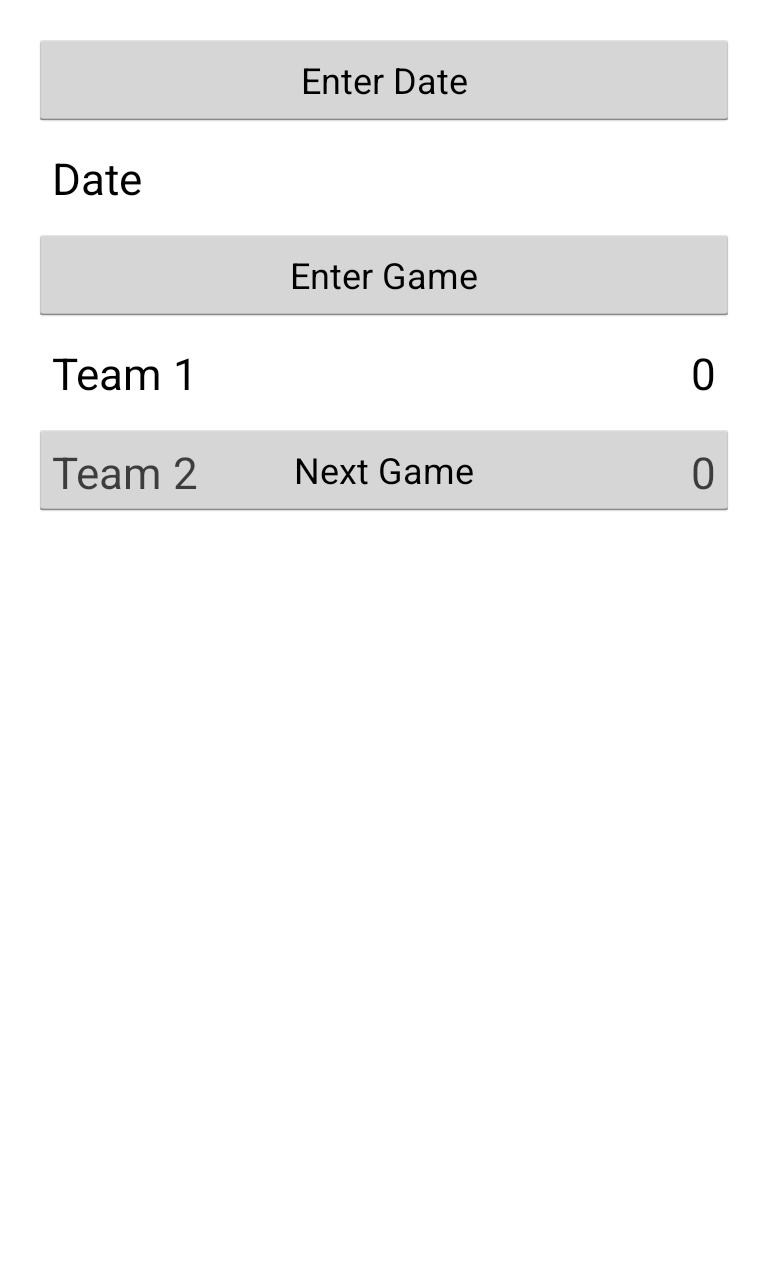
Repository: shervinshaikh/Android
Layout: NBAScoreTracker/res/layout/activity_sport_scores.xml
These files come from the project's save history. The layout is drawn as it stood at one moment and after the next save; the edit follows.
It is drawn on a 768 x 1280 px phone screen (xhdpi) without system bars, with theme AppTheme; the app's code is not run.

Above is the layout before, as saved 2013-04-27 18:51:52.

### NBAScoreTracker/res/layout/activity_sport_scores.xml
<LinearLayout
	xmlns:android="http://schemas.android.com/apk/res/android"
    xmlns:tools="http://schemas.android.com/tools"
    android:layout_width="match_parent"
    android:layout_height="match_parent"
    android:paddingBottom="@dimen/activity_vertical_margin"
    android:paddingLeft="@dimen/activity_horizontal_margin"
    android:paddingRight="@dimen/activity_horizontal_margin"
    android:paddingTop="@dimen/activity_vertical_margin"
    tools:context=".SportScores"
    android:screenOrientation="portrait"
    android:orientation="vertical"
    >

    <Button
        android:id="@+id/enter_date_button"
        android:layout_width="fill_parent"
        android:layout_height="wrap_content"
        android:text="@string/enter_date"
        />

    <TextView
        android:id="@+id/textView1"
        android:layout_width="wrap_content"
        android:layout_height="wrap_content"
        android:text="@string/date"
        android:textAppearance="?android:attr/textAppearanceLarge"
        android:padding="10dip" />

    <Button
        android:id="@+id/enter_game_button"
        android:layout_width="fill_parent"
        android:layout_height="wrap_content"
        android:text="@string/enter_game"
        />

    <RelativeLayout
        android:layout_width="match_parent"
        android:layout_height="wrap_content" >

        <TextView
            android:id="@+id/textView2"
            android:layout_width="wrap_content"
            android:layout_height="wrap_content"
            android:text="@string/team1"
            android:textAppearance="?android:attr/textAppearanceLarge"
            android:layout_alignParentLeft="true"
        	android:layout_alignParentTop="true"
            android:padding="10dip" />

        <TextView
            android:id="@+id/textView4"
            android:layout_width="wrap_content"
            android:layout_height="wrap_content"
            android:gravity="right"
            android:text="@string/zero"
            android:textAppearance="?android:attr/textAppearanceLarge"
            android:layout_alignParentRight="true"
        	android:layout_alignParentTop="true"
        	android:padding="10dip" />

    </RelativeLayout>

    <RelativeLayout
        android:layout_width="match_parent"
        android:layout_height="wrap_content" >

        <TextView
            android:id="@+id/textView3"
            android:layout_width="wrap_content"
            android:layout_height="wrap_content"
            android:text="@string/team2"
            android:textAppearance="?android:attr/textAppearanceLarge"
            android:layout_alignParentLeft="true"
        	android:layout_alignParentTop="true"
            android:padding="10dip" />

        <TextView
            android:id="@+id/textView5"
            android:layout_width="wrap_content"
            android:layout_height="wrap_content"
            android:text="@string/zero"
            android:textAppearance="?android:attr/textAppearanceLarge"
            android:layout_alignParentRight="true"
        	android:layout_alignParentTop="true"
        	android:padding="10dip" />



    <Button
        android:id="@+id/next_game_button"
        android:layout_width="fill_parent"
        android:layout_height="wrap_content"
        android:text="@string/next_game"
        android:alignParentBottom="true" />
    </RelativeLayout>

</LinearLayout>

### NBAScoreTracker/res/values/strings.xml
<?xml version="1.0" encoding="utf-8"?>
<resources>

    <string name="app_name">NBAScoreTracker</string>
    <string name="action_settings">Settings</string>
    <string name="hello_world">Hello world!</string>

    <string name="enter_date">Enter Date</string>
    <string name="enter_game">Enter Game</string>
    <string name="next_game">Next Game</string>

    <string name="date">Date</string>
    <string name="team1">Team 1</string>
    <string name="team2">Team 2</string>
    <string name="zero">0</string>

</resources>

Loaded but not shown: NBAScoreTracker/res/values/styles.xml (common file); NBAScoreTracker/res/values-v11/styles.xml (common file); NBAScoreTracker/res/values-v14/styles.xml (common file); NBAScoreTracker/res/values/dimens.xml (common file)

After the next save:
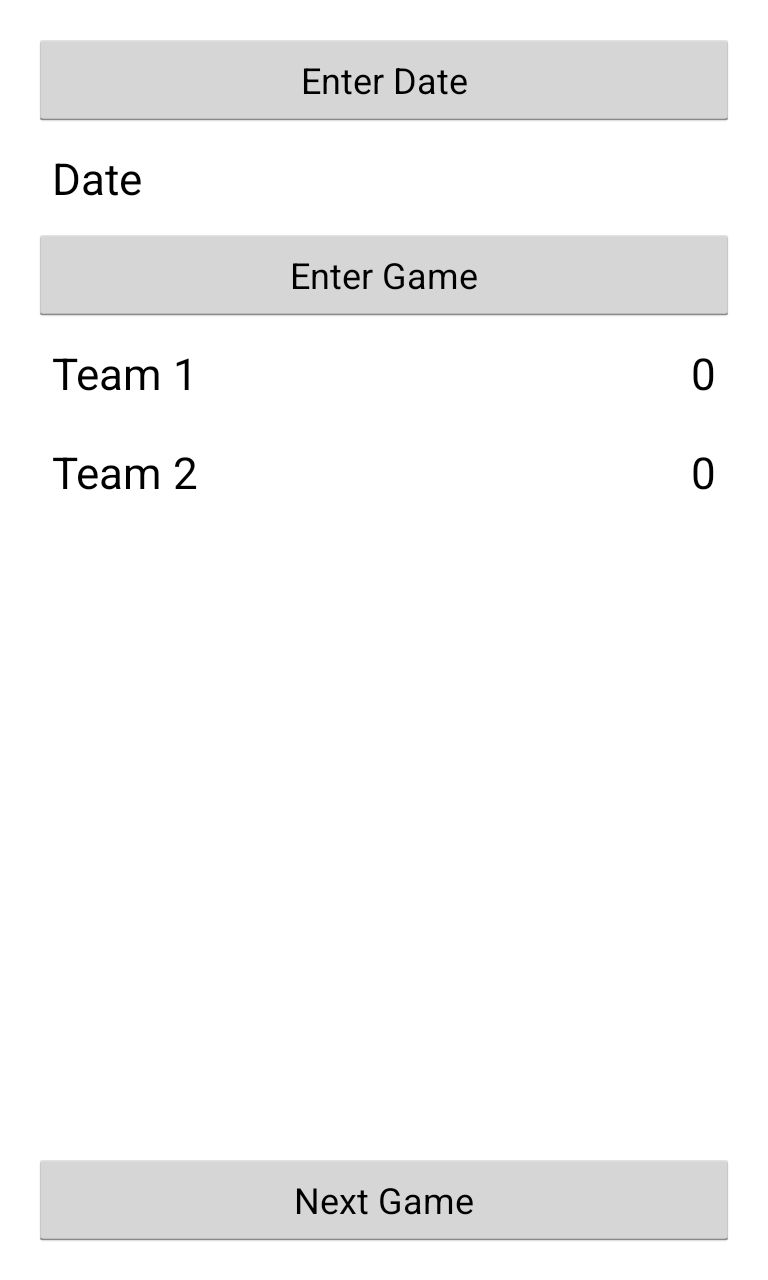
Saved 26 s later.
--- a/NBAScoreTracker/res/layout/activity_sport_scores.xml
+++ b/NBAScoreTracker/res/layout/activity_sport_scores.xml
@@ -92,7 +92,7 @@
         android:layout_width="fill_parent"
         android:layout_height="wrap_content"
         android:text="@string/next_game"
-        android:alignParentBottom="true" />
+        android:layout_alignParentBottom="true" />
     </RelativeLayout>
 
 </LinearLayout>
